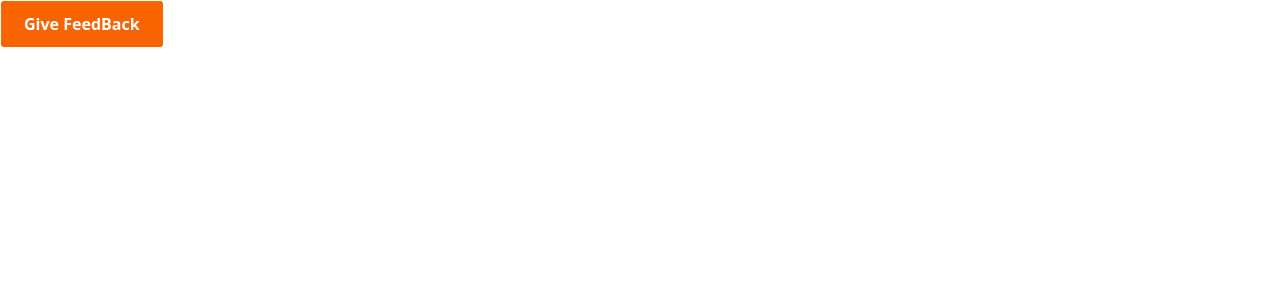
Repository: rajratangm/raj_qtify
Page: / (app in raj_qtify/)
These files come from the project's save history. The page is drawn as it stood at one moment and after a run of saves; the edit follows.
The browser window is 1280 px wide. The pictures show the whole page.
The project was rebuilt for these pictures with package versions that can differ from the ones it lists, and the page was loaded fresh each time.

Above is the page before, as saved 2024-03-19 13:07:31.

After the next 2 saves:
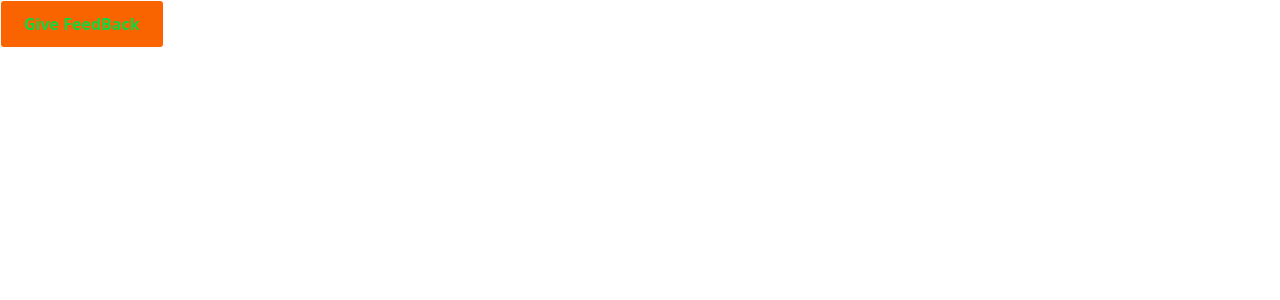
The 2 saves are shown as one change because they came seconds apart.
The last was saved 27 s later.
--- a/raj_qtify/src/button.css
+++ b/raj_qtify/src/button.css
@@ -17,7 +17,7 @@
   border-radius: .25rem;
   box-shadow: rgba(0, 0, 0, 0.02) 0 1px 3px 0;
   box-sizing: border-box;
-  color: #fff;
+  color: #13d53d;
   cursor: pointer;
   display: inline-flex;
   font-family: system-ui,-apple-system,system-ui,"Helvetica Neue",Helvetica,Arial,sans-serif;
